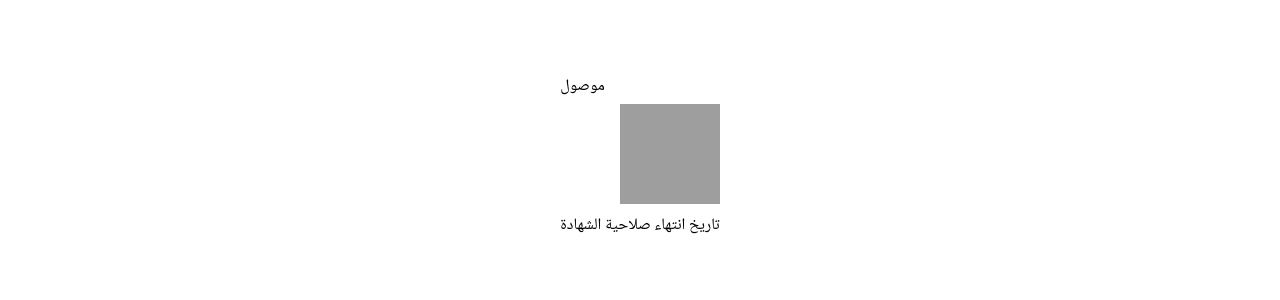
Repository: khanshakiil/ArabicHTMLToPDF
Page: HospitalFrontDesk/src/main/resources/html.html
An editor plug-in stored every save of this project. The page is shown before and after the next save, followed by the edit.
The browser window is 1280 px wide. The pictures show the whole page.
Pictures or frames that could not be fetched are drawn as grey boxes.

Above is the page before, as saved 2020-03-05 20:07:36.

### HospitalFrontDesk/src/main/resources/html.html
<!DOCTYPE html>
<html>

<head>
<style>
table {
margin: 60px;
padding: 10px;

}
tr{
align: middle;
}

#qrCode{
width: 100px;
height: 100px;
}
</style>

</head>

<body>
<center>
<table style="align-items: center">
<tr align="left"><td dir="rtl" style="font-family: Noto Naskh Arabic">موصول</td></tr>
<tr><td dir="rtl"><img src="E:\\qrcode.png" id="qrCode"></img></td> </tr>
<tr><td dir="rtl" style="font-family: Noto Naskh Arabic">تاريخ انتهاء صلاحية الشهادة </td></tr>

</table></center>
</body>

</html>

After the next save:
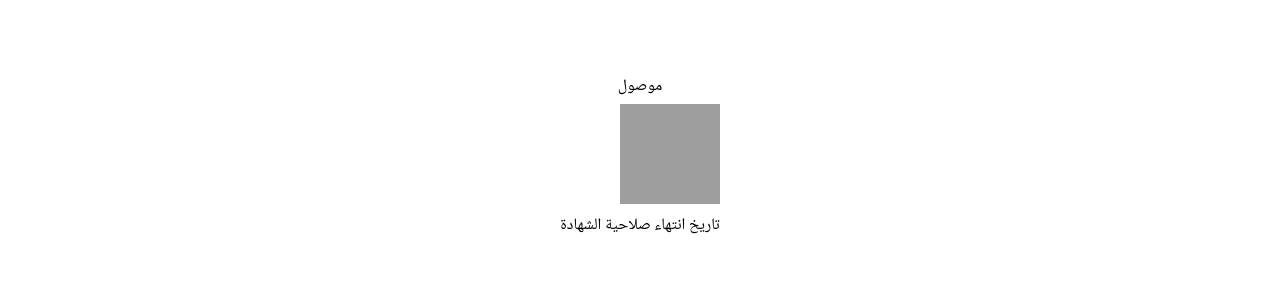
Saved 6 s later.
--- a/HospitalFrontDesk/src/main/resources/html.html
+++ b/HospitalFrontDesk/src/main/resources/html.html
@@ -23,7 +23,7 @@ height: 100px;
 <body>
 <center>
 <table style="align-items: center">
-<tr align="left"><td dir="rtl" style="font-family: Noto Naskh Arabic">موصول</td></tr>
+<tr align="center"><td dir="rtl" style="font-family: Noto Naskh Arabic">موصول</td></tr>
 <tr><td dir="rtl"><img src="E:\\qrcode.png" id="qrCode"></img></td> </tr>
 <tr><td dir="rtl" style="font-family: Noto Naskh Arabic">تاريخ انتهاء صلاحية الشهادة </td></tr>
 
